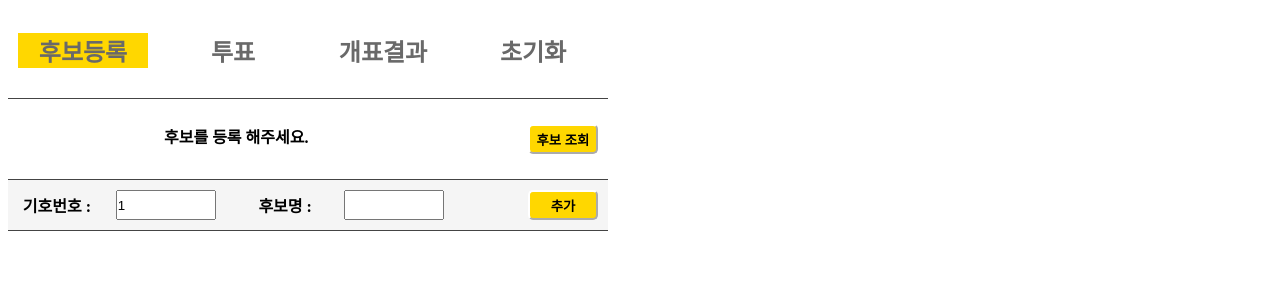
Repository: noheul1030/KOPO-HTML
Page: http://localhost/Tupyo/Tupyo/A_01_H.jsp
An editor plug-in stored every save of this project. The page is shown before and after the next save, followed by the edit.
The browser window is 1280 px wide. The pictures show the whole page.
The page is served by Tomcat 9. Queries for data that is not in the repository find no rows.

Above is the page before, as saved 2023-06-04 16:30:44.

After the next save:
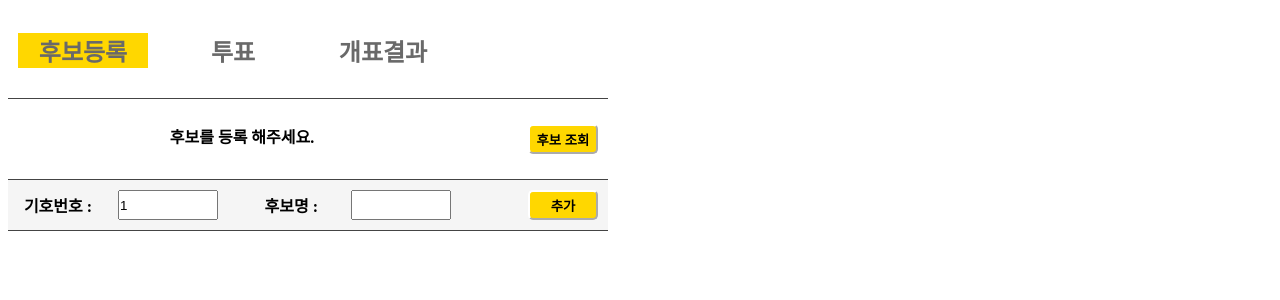
Saved 58 min 52 s later.
--- a/Tupyo/src/main/webapp/Tupyo/A_01_H.jsp
+++ b/Tupyo/src/main/webapp/Tupyo/A_01_H.jsp
@@ -48,24 +48,40 @@
     	</style>
     </head>
     <script>
+    // input 받은 값이 한글인지, 글자수가 맞는지 여부를 확인하는 function
     function HangleCheck(input) {
         var inputValue = input; // 입력 받는 변수 혹은 데이터베이스에서 가져온 값 등
 
-        if (inputValue.match("^[가-힣]{1,10}$")) {
+        if (inputValue.match("^[가-힣]{1,10}$")) { // 한글인지, 글자수가 10글자 이내인지 확인
             return inputValue;
         } else {
             alert("한글 입력 오류");
             return false; // 오류 발생 시 false를 반환하여 처리
         }
     }
+    function btnDeleteClick(deleteID) {
+        document.form1.deleteID.value = deleteID;
+        document.form1.action = "A_02_H.jsp";
+        document.form1.submit();
+	  }
+	  function HangleCheck(input) {
+	        var inputValue = input; // 입력 받는 변수 혹은 데이터베이스에서 가져온 값 등
+
+	        if (inputValue.match("^[가-힣]{1,10}$")) {
+	            return inputValue;
+	        } else {
+	            alert("한글 입력 오류");
+	            return false; // 오류 발생 시 false를 반환하여 처리
+	        }
+	    }
 	</script>
     <body>
 <%
 	try{
    		// DB연동
         Class.forName("com.mysql.jdbc.Driver");
-		//Connection conn = DriverManager.getConnection("jdbc:mysql://192.168.23.60:3307/kopo11","root","shdmf1030@");
-		Connection conn = DriverManager.getConnection("jdbc:mysql://localhost:3306/noheul","root","shdmf1030@");
+        Connection conn = DriverManager.getConnection("jdbc:mysql://192.168.23.60:3307/kopo11","root","shdmf1030@");
+		//Connection conn = DriverManager.getConnection("jdbc:mysql://localhost:3306/noheul","root","shdmf1030@");
         Statement stmt = conn.createStatement();
 
         stmt.execute("create table IF not exists HuboDB("
@@ -111,39 +127,77 @@
 		}
 
 %>
+		<!-- form 태그 -->
+		<form name="form1" method = 'post'>
+		<!-- input hidden 타입 지정 -->
+		<input type='hidden' name='deleteID'>
 	  	<table>
-    		<tr>
-    			<td width = 25%><a align = center id="update" href="A_01_H.jsp" target="content"><h2  class="check">후보등록</h2></a></td>
+    		<tr> <!-- 각 해당 셀 스타일 적용, 각각의 메뉴에 대한 링크 연결 -->
+    			<td width = 25%><a align = center id="update" href="A_01_H.jsp" target="content"><h2 class="check">후보등록</h2></a></td>
     			<td width = 25%><a align = center id="vote" href="B_01_H.jsp" target="content"><h2>투표</h2></a></td>
     			<td width = 25%><a align = center id="result" href="C_01_H.jsp" target="content"><h2>개표결과</h2></a></td>
-    			<td width = 25%><a align = center id="result" href="D_01_H.jsp" target="content"><h2>초기화</h2></a></td>
+    			<td></td>
     		</tr>
 		</table>
-		<form method = 'post'>
+
 		<table>
-			<tr><td colspan="4"><h4>후보를 등록 해주세요.</h4></td>
-				<td align = right width = 22%>
+			<tr><td colspan="4"><h4>후보를 등록 해주세요.</h4></td> <!-- 좌우4칸 합병, h4크기 text 작성 -->
+				<!-- 후보 조회 클릭 시 A_03_H.jsp로 이동 -->
+				<td align = right width = 22%> <!-- 우측 정렬, width 설정 -->
 				<input class="fourth" type="submit" value="후보 조회" style="width: 70px; height: 30px; padding: 0px;font-weight: bold;" formaction = 'A_03_H.jsp'></td>
 			</tr>
-			</form>
-			<form method = 'post'>
-			<tr>
-				<td bgcolor=#f5f5f5 width=15% ><strong>기호번호 :</strong></td>
-
-				<td bgcolor=#f5f5f5 align=left width=20% ><input type='text' name='HuboID' value='<%=minID%>'readonly style="width: 100px; height: 30px; padding: 0px;"></td>
-
-				<td bgcolor=#f5f5f5 width=15% ><strong>후보명 :</strong></td>
-
-				<td bgcolor=#f5f5f5 align=left width=20% ><input type='text' pattern="^[가-힣]+$" name="name" value='' title="한글만 입력하세요." required
-					style="width: 100px; height: 30px; padding: 0px;"onblur="HangleCheck(this.value);"></td>
-
-				<td bgcolor=#f5f5f5 align=right width = 20%>
-  				<input class="fourth" type="submit" value="추가" align=right style="width: 70px; height: 30px; padding: 0px;font-weight: bold;" formaction = 'A_03_H.jsp'></td>
+		</form>
+		</table>
+
+
+		<table>
+<%
+		if(totalcnt >= 1){ // 칼럼의 전체 count 값이 1 이상일 때
+		// HuboDB의 정보 조회 정렬
+		ResultSet rset = stmt.executeQuery("select * from HuboDB order by id asc;");
+
+	     	while (rset.next()){ // 값이 true일 때
+%>
+				<!-- 셀 스타일 적용, 기호 번호,후보명에 대한 값을 보여준다 -->
+	     		<tr class="tr">
+	     			<td width =15%><strong>기호번호 :</strong></td>
+
+	     			<td align = left width = 20% ><%=rset.getInt(2)%></td>
+
+					<td width= 15% ><strong>후보명 :</strong></td>
+
+	     			<td align = left width = 20% ><%=rset.getString(1)%></td>
+
+					<td align = right width = 20%>
+					<!-- 삭제 클릭 시 function에 값 전달 실행 -->
+					  <input class="fourth" type="button" value="삭제" style="width: 70px; height: 30px; padding: 0px;font-weight: bold;" onclick="btnDeleteClick('<%=rset.getInt(2)%>')">
+					</td>
+				</tr>
+		</form>
+<%
+			}
+		}
+%>		<!-- form 태그 post 방식 채택 -->
+		<form method = 'post'>
+			<!-- 셀 스타일 적용, 기호 번호,후보명에 대한 값을 보여준다 -->
+			<tr class="tr">
+				<td bgcolor=#f5f5f5 width= 15% ><strong>기호번호 :</strong></td>
+
+				<td bgcolor=#f5f5f5 align = left width = 20% ><input type='text' name='HuboID' value='<%=minID%>'readonly style="width: 100px; height: 30px; padding: 0px;"></td>
+
+				<td bgcolor=#f5f5f5 width= 15% ><strong>후보명 :</strong></td>
+
+				<!-- 한글만 입력받는 조건 입력 받을 시 function에 값 전달 실행 -->
+				<td bgcolor=#f5f5f5 align = left width = 20% ><input type='text' pattern="^[가-힣]+$" name="name" value='' required title="한글만 입력하세요."
+				style="width: 100px; height: 30px; padding: 0px;"onblur="HangleCheck(this.value);"></td>
+				<!-- 추가 클릭 시 A_03_H.jsp으로 이동 -->
+				<td bgcolor=#f5f5f5 align = right width = 20%>
+  				<input class="fourth" type="submit" value="추가" align = right style="width: 70px; height: 30px; padding: 0px;font-weight: bold;" formaction = 'A_03_H.jsp'></td>
 			</tr>
 		</table>
 		</form>
-<%	}catch(Exception e){ %>
-
-<%	} %>
-    </body>
+<%	}catch(Exception e){ // 에러 체크
+		out.println(e); // 에러 프린트
+	} %>
+	</body>
 </html>
